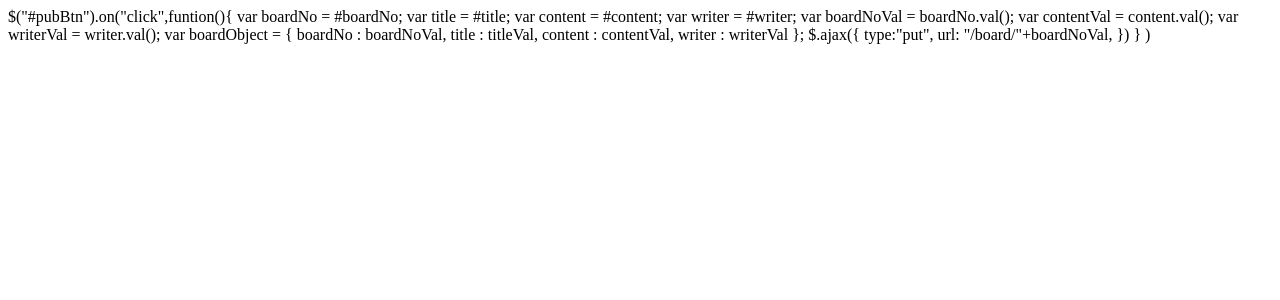
Repository: ljwoon94/Springboot_practice
Page: http://localhost/DevProject/WEB-INF/views/ajaxHome.jsp
An editor plug-in stored every save of this project. The page is shown before and after the next save, followed by the edit.
The browser window is 1280 px wide. The pictures show the whole page.
The page is served by Tomcat 9. Nobody is signed in. Other server files are loaded and not shown. The template is opened directly, without the code that normally fills it, so the values that code supplies are empty.

Above is the page before, as saved 2020-12-09 08:01:48.

### DevProject/src/main/webapp/WEB-INF/views/ajaxHome.jsp
$("#pubBtn").on("click",funtion(){
	var boardNo = ${"#boardNo"};
	var title = ${"#title"};
	var content = ${"#content"};
	var writer = ${"#writer"};

	var boardNoVal = boardNo.val();
	var contentVal = content.val();
	var writerVal = writer.val();

	var boardObject = {
		boardNo : boardNoVal,
		title : titleVal,
		content : contentVal,
		writer : writerVal
	};
	$.ajax({
		type:"put",
		url: "/board/"+boardNoVal,

	})
}

)

After the next save:
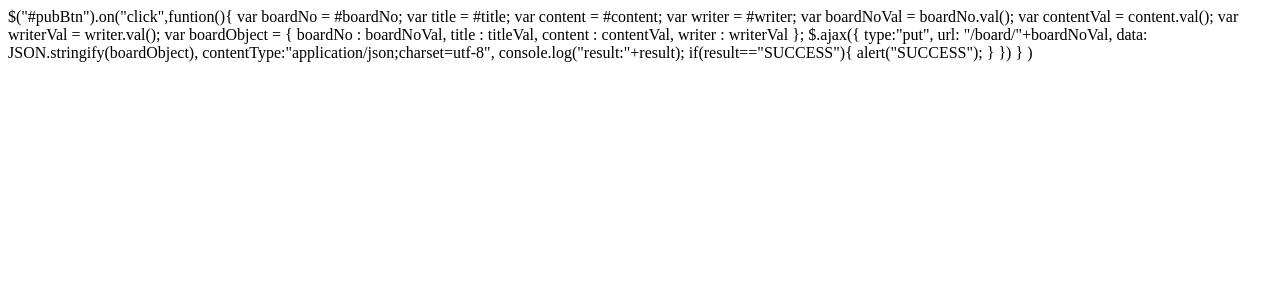
Saved 3 min 13 s later.
--- a/DevProject/src/main/webapp/WEB-INF/views/ajaxHome.jsp
+++ b/DevProject/src/main/webapp/WEB-INF/views/ajaxHome.jsp
@@ -17,6 +17,12 @@ $("#pubBtn").on("click",funtion(){
 	$.ajax({
 		type:"put",
 		url: "/board/"+boardNoVal,
+		data: JSON.stringify(boardObject),
+		contentType:"application/json;charset=utf-8",
+		console.log("result:"+result);
+		if(result=="SUCCESS"){
+			alert("SUCCESS");
+		}
 
 	})
 }
